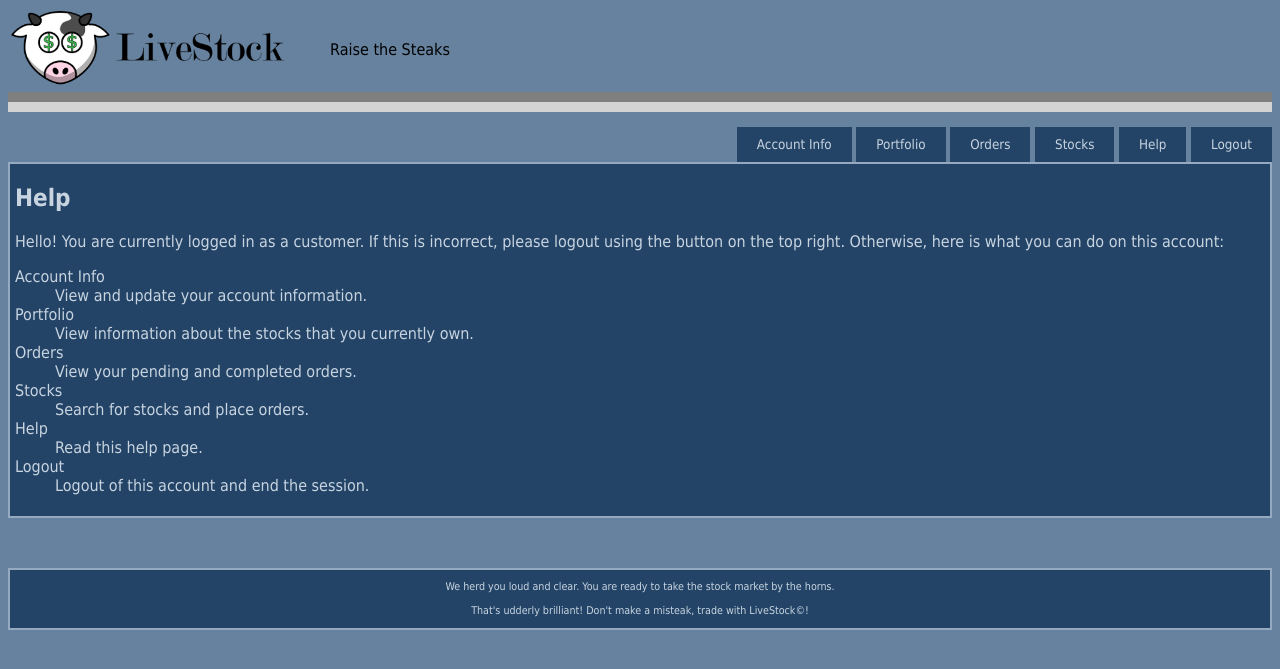
Repository: yastapova/live-stock
Page: http://localhost/LiveStockSite/WEB-INF/cust_help.jsp
An editor plug-in stored every save of this project. The page is shown before and after the next save, followed by the edit.
The browser window is 1280 px wide. The pictures show the whole page.
The page is served by Tomcat 9. Nobody is signed in. The template is opened directly, without the code that normally fills it, so the values that code supplies are empty.

Above is the page before, as saved 2016-04-19 22:37:30.

After the next save:
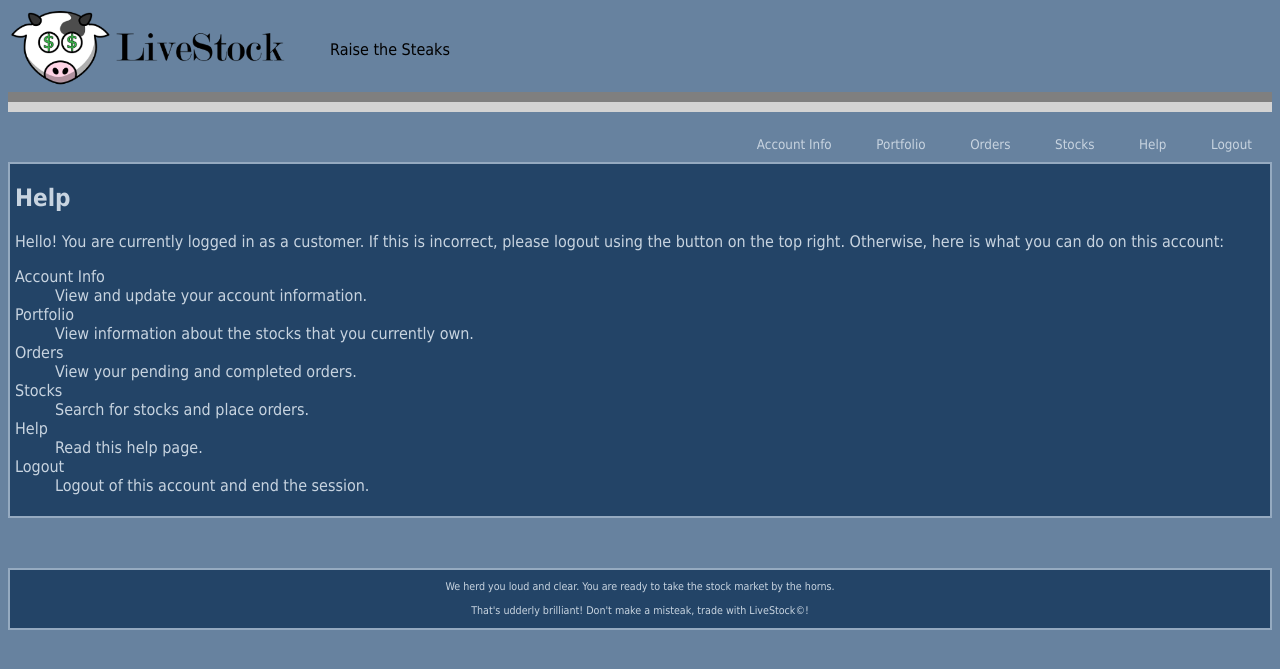
Saved 3 min 11 s later.
--- a/LiveStockSite/WebContent/WEB-INF/gen.css
+++ b/LiveStockSite/WebContent/WEB-INF/gen.css
@@ -50,7 +50,7 @@ a:hover {
 	font-size: 8pt;
 }
 .menu a:link, a:visited {
-	background-color: #234467;
+	background-color: #67829F;
 	color: #C8D4E0;
 	padding: 10px 20px;
 	text-align: center;
